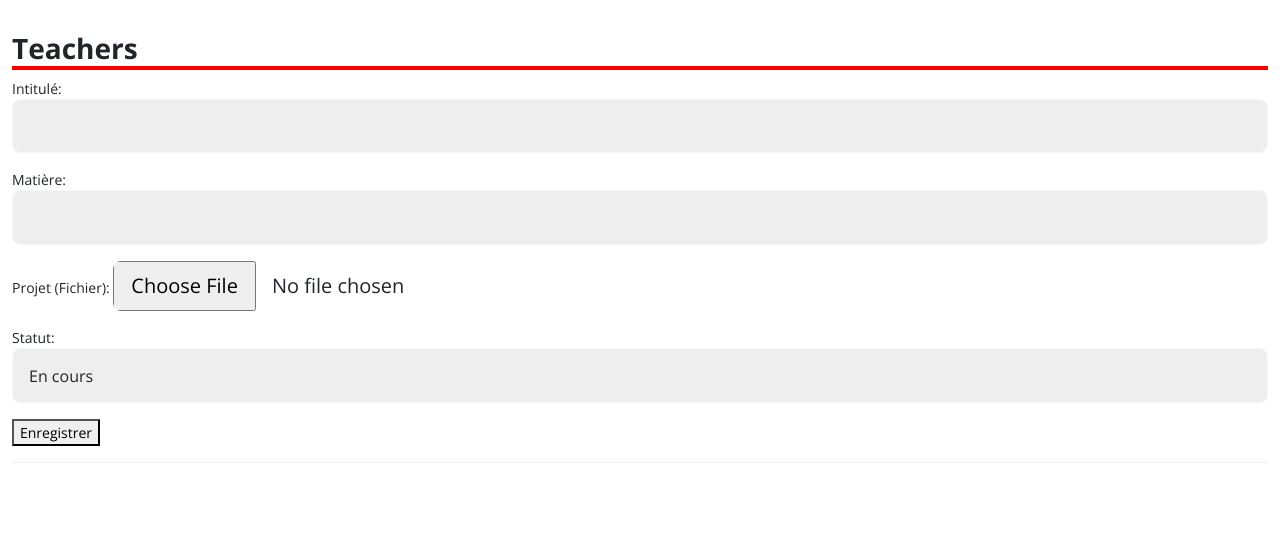
Repository: dimitri0004/Moodle
Page: http://localhost/enseignant/projet/ajouter
The author's editor kept a copy of each file at every save. The page is drawn from the files as they stood at one save, then again after the next save.
The browser window is 1280 px wide. The pictures show the whole page.
The page is served by the project's application, run on Django 4.2 (manage.py).

Above is the page before, as saved 2023-08-16 14:56:48.
Console error: TypeError: Cannot set properties of null (setting 'innerHTML')

After the next save:
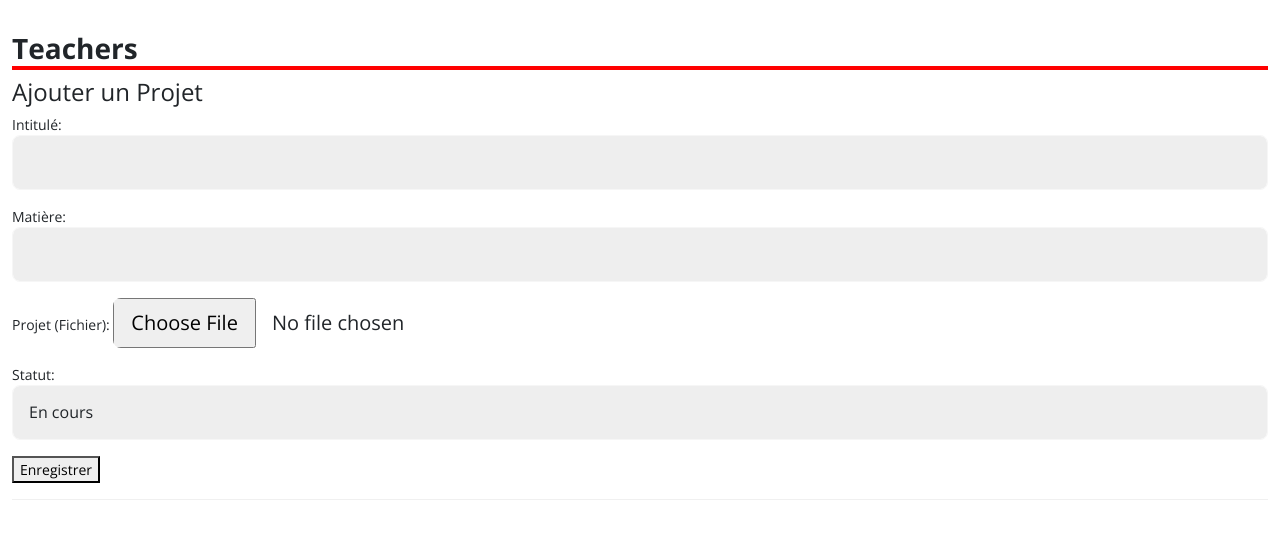
Saved 43 s later.
--- a/templates/Enseignant/projet.html
+++ b/templates/Enseignant/projet.html
@@ -14,6 +14,7 @@
                     <div class="card border-0 mb-4 no-bg">
                         <div class="card-header py-3 px-0  align-items-center  justify-content-between border-bottom">
                             <h3 class=" fw-bold flex-fill mb-2px" style="border-bottom: 4px solid red; ">Teachers</h3>
+                            <h4>Ajouter un Projet</h4>
 
 
                             <form method="post"   enctype="multipart/form-data">
